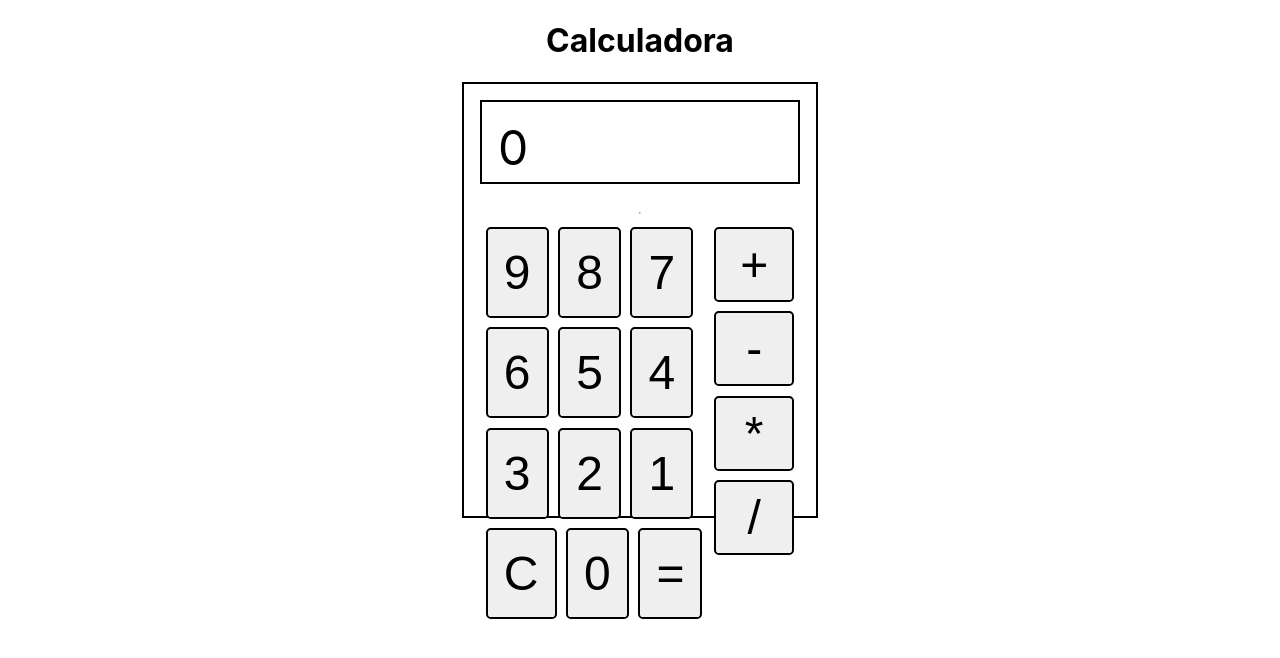
Repository: yamaka/curso-react-febrero-2022
Page: /
An editor plug-in stored every save of this project. The page is shown before and after the next save, followed by the edit.
The browser window is 1280 px wide. The pictures show the whole page.
The project was rebuilt for these pictures with package versions that can differ from the ones it lists, and the page was loaded fresh each time. Also part of the build but not shown: src/App.css, src/components/Zanahoria/Zanahoria.css, src/components/Zanahoria/Zanahoria.js, src/components/Zanahorias/Zanahorias.js, src/components/Lechuga/Lechuga.css, src/components/Lechuga/Lechuga.js, src/components/Calculadora/Calculadora.css, src/components/Calculadora/Calculadora.js and 3 more.

Above is the page before, as saved 2022-03-02 19:19:54.

After the next save:
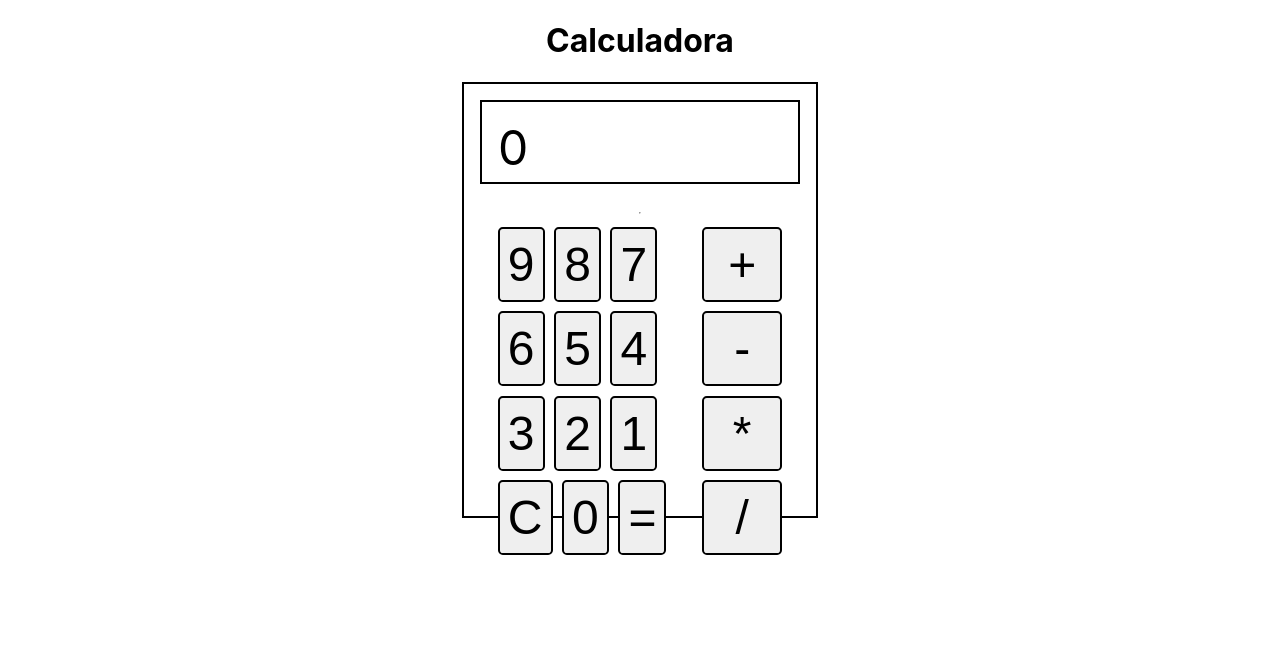
Saved 10 s later.
--- a/src/hooks/components/BotonNumerico/BotonNumerico.css
+++ b/src/hooks/components/BotonNumerico/BotonNumerico.css
@@ -1,6 +1,6 @@
 .boton-numerico {
   border: solid 2px;
-  padding: 1rem;
+  padding: 0.5rem;
   border-radius: 0.3rem;
   font-size: 3rem;
   margin: 0.3rem;
